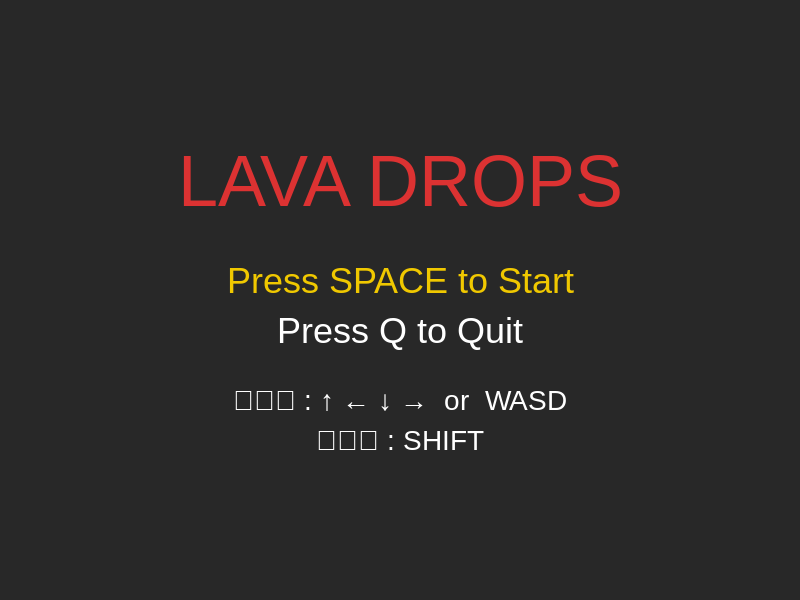
Repository: oyoeys/20260188
Script's output: python dodger.py
The author's editor kept a copy of each file at every save. The script's output is drawn from the files as they stood at one save, then again after the next save.
The window is shown after at most 60 frames with no key pressed. A system font it names is replaced by a similar one. Random numbers start from a fixed seed.

Above is the script's output before, as saved 2026-04-08 01:05:41.

After the next save:
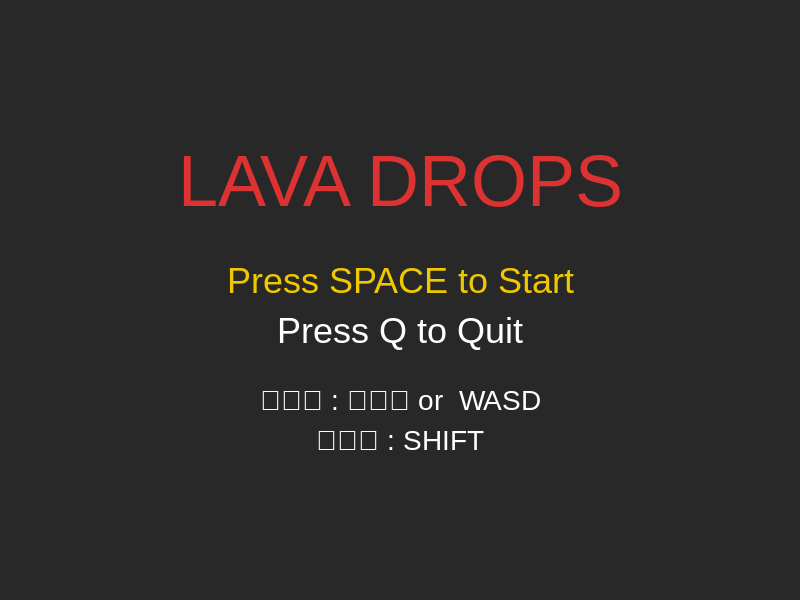
Saved 59 s later.
--- a/dodger.py
+++ b/dodger.py
@@ -79,7 +79,7 @@ def main_menu():
     quit_text = font.render("Press Q to Quit", True, WHITE)
 
     # 조작법 텍스트
-    move_text = font_small.render("이동기 : ↑ ← ↓ →  or  WASD", True, WHITE)
+    move_text = font_small.render("이동기 : 화살표 or  WASD", True, WHITE)
     dodge_text = font_small.render("회피기 : SHIFT", True, WHITE)
 
     # 기존 UI들을 전체적으로 위로 배치
